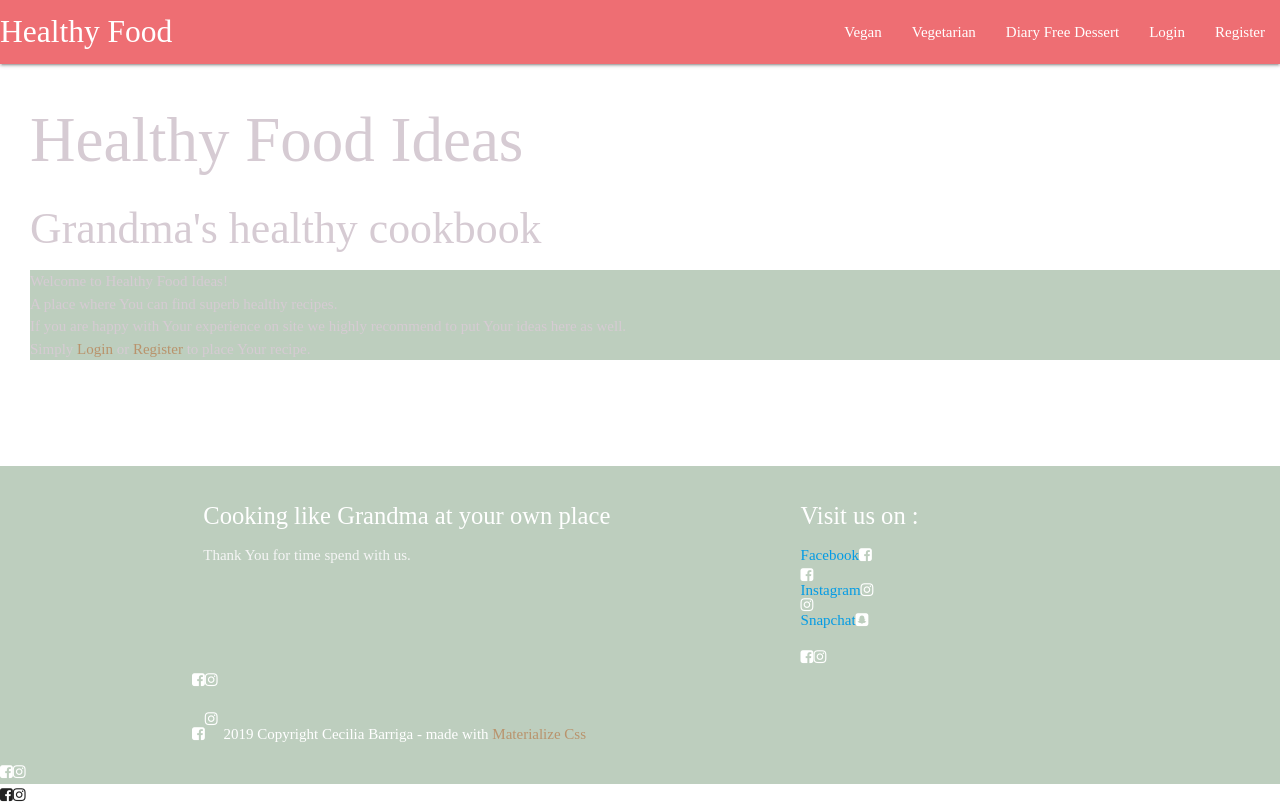
Repository: cesole/cookbook
Page: http://localhost/
The author's editor kept a record of every edit. The page is drawn from the files as they stood at one moment, then again after the next edit.
The browser window is 1280 px wide. The pictures show the whole page.
The page is served by the project's application, run on Flask 3 (app.py).

Above is the page before.
Console error: TypeError: Cannot read properties of undefined (reading 'offsetHeight')

### templates/index.html
{% extends 'base.html'%}
{% block content %}
<div class="parallax">
    <div class="index-container">
        <h1>Healthy Food Ideas</h1>
        <h3>Grandma's healthy cookbook</h3>
       <p class="index">Welcome to Healthy Food Ideas!<br>A place where You can find superb healthy recipes.<br>
                                                    If you are happy with Your experience on site we highly recommend to put Your ideas here as well.<br>
                                                    Simply <a class="orange-text text-lighten-3" href="{{url_for('login')}}">Login</a> or <a class="orange-text text-lighten-3" href="{{url_for('register')}}">Register</a> to place Your recipe.</p>
    </div>
</div>
{% endblock %}

### templates/base.html
<!DOCTYPE html>
<html lang="en">
<head>
    <meta charset="UTF-8">
    <meta name="viewport" content="width=device-width, initial-scale=1.0">

    <link href="https://fonts.googleapis.com/icon?family=Material+Icons" rel="stylesheet">
    <!-- Compiled and minified CSS -->
    <link rel="stylesheet" href="{{ url_for('static', filename='css/materialize.min.css') }}" type="text/css" />
    <link href="https://stackpath.bootstrapcdn.com/font-awesome/4.7.0/css/font-awesome.min.css" rel="stylesheet" integrity="sha384-wvfXpqpZZVQGK6TAh5PVlGOfQNHSoD2xbE+QkPxCAFlNEevoEH3Sl0sibVcOQVnN" crossorigin="anonymous">
    <link href="https://fonts.googleapis.com/css?family=Indie+Flower&display=swap" rel="stylesheet">
    <link rel="stylesheet" href="{{ url_for('static', filename='css/style.css') }}" type="text/css" />


    <title>Cookbook</title>
</head>

<body class="container-fluid">
    <nav>
        <div class="nav-wrapper">
            <a href="{{url_for('index')}}" class="brand-logo">Healthy Food</a>
            <a href="#" data-target="mobile-demo" class="sidenav-trigger"><i class="material-icons">menu</i></a>
            <ul class="right hide-on-med-and-down">
                {% if session.username %}
                <li>Hello, {{ session.username }}!</li>
                {% endif %}
                <li><a href="{{url_for('vegan')}}">Vegan</a></li>
                <li><a href="{{url_for('vegetarian')}}">Vegetarian</a></li>
                <li><a href="{{url_for('dessert')}}">Diary Free Dessert</a></li>
                {% if not session.username %}
                <li><a href="{{url_for('login')}}">Login</a></li>
                <li><a href="{{url_for('register')}}">Register</a></li>
                {% else %}
                <li><a href="{{url_for('get_my_recipes')}}">My Recipes</a></li>
                <li><a href="{{url_for('logout')}}">Logout</a></li>
                {% endif %}
            </ul>
        </div>
        <ul class="sidenav" id="mobile-demo">
            {% if session.username %}
            <li>Hello, {{ session.username }}!</li>
            {% endif %}
            <li><a href="{{url_for('vegan')}}">Vegan</a></li>
            <li><a href="{{url_for('vegetarian')}}">Vegetarian</a></li>
            <li><a href="{{url_for('dessert')}}">Diary Free Dessert</a></li>
            {% if not session.username %}
            <li><a href="{{url_for('login')}}">Login</a></li>
            <li><a href="{{url_for('register')}}">Register</a></li>
            {% else %}
            <li><a href="{{url_for('get_my_recipes')}}">My Recipes</a></li>
            <li><a href="{{url_for('logout')}}">Logout</a></li>
            {% endif %}
        </ul>
    </nav>

    <div class="container-fluid">
        <main>{% block content %}{% endblock %}</main>
    </div>

    <footer class="page-footer">
        <div class="container">
            <div class="row">
                <div class="col l6 s12">
                    <h5 class="white-text">Cooking like Grandma at your own place</h5>
                    <p class="grey-text text-lighten-4">Thank You for time spend with us.</p>
                </div>
                <div class="col l4 offset-l2 s12">
                    <h5 class="white-text">Visit us on :</h5>
                    <ul>
                      <li><a class="social-media" href="https://www.facebook.com/" target=_blank>Facebook</a><i class="fa fa-facebook-square"></li>
                      <li><a class="social-media" href="https://www.instagram.com/" target=_blank>Instagram</a><i class="fa fa-instagram"></li>
                      <li><a class="social-media" href="https://www.snapchat.com/" target=_blank>Snapchat</a><i class="fa fa-snapchat-square"></i></li>
                    </ul>
                </div>
            </div>
            <div class="copyright">
                <div class="row">
            © 2019 Copyright Cecilia Barriga - made with <a class="orange-text text-lighten-3" href="https://materializecss.com/" target=_blank>Materialize Css</a>
            </div>
            </div>
        </div>
    </footer>


    <script src="https://code.jquery.com/jquery-3.3.1.slim.min.js" integrity="sha384-q8i/X+965DzO0rT7abK41JStQIAqVgRVzpbzo5smXKp4YfRvH+8abtTE1Pi6jizo" crossorigin="anonymous"></script>
    <!-- Compiled and minified JavaScript -->
    <script src="https://cdnjs.cloudflare.com/ajax/libs/materialize/1.0.0/js/materialize.min.js"></script>

    <script>
        $(document).ready(function(){
            $('.sidenav').sidenav();
            $('.parallax').parallax();
            $('.carousel').carousel();
            $('.slider').slider();
            $('select').formSelect();
          });
    </script>

</body>
</html>

### app.py
import os
from flask import Flask, render_template, flash, redirect, request, url_for, session, make_response, current_app
from flask_pymongo import PyMongo
import pymongo
from pymongo import MongoClient
from bson.objectid import ObjectId
import json
from datetime import datetime
from functools import update_wrapper


app = Flask(__name__)
app.config["MONGO_DBNAME"] = 'task_manager'
app.config["MONGO_URI"] = os.getenv('MONGO_URI', 'mongodb://localhost')
app.config['SECRET_KEY'] = "cooking_book"


mongo = PyMongo(app)




@app.route('/')
@app.route('/index')
def index():
    return render_template('index.html')

@app.route('/vegan')
def vegan():
    return render_template('vegan.html',
                            meals=mongo.db.meals.find())

@app.route('/vegetarian')
def vegetarian():
    return render_template('vegetarian.html',
                            meals=mongo.db.meals.find())

@app.route('/dessert')
def dessert():
    return render_template('dessert.html',
                            meals=mongo.db.meals.find())

@app.route('/login', methods=["POST", "GET"])
def login():
    users = mongo.db.users
    login_user = users.find_one({"username" : request.form.get("username", False)})
    if login_user:
        if (request.form['pass']) == login_user['password']:
            session['username'] = request.form['username']
            return redirect(url_for('index'))
        flash('Invalid username/password combination')

    return render_template('login.html')




@app.route('/register', methods=["POST", "GET"])
def register():
    if request.method == "POST":
        users = mongo.db.users
        existing_user = users.find_one({"username" : request.form['username']})
        if existing_user is None:
            users.insert({'username' : request.form['username'],
                            'password' : request.form['pass']
            })
            session['username'] = request.form['username']
            return redirect(url_for('index'))
        flash("Username already exist! Try again!")
    return render_template('register.html')


@app.route('/get_my_recipes', methods=['GET', 'POST'])
def get_my_recipes():
    if not 'username' in session:
        return redirect('/get_login')
    else:
        recipes = mongo.db.meals.find()
        return render_template('user_recipes.html',
                           username=session['username'],
                           recipes=recipes)

@app.route('/add_recipe')
def add_recipe():
    return render_template('add_recipe.html',
                            categories=mongo.db.categories.find(),
                            images=mongo.db.images.find())


@app.route('/insert_recipe', methods=['POST'])
def insert_recipe():
    meals =  mongo.db.meals
    meals.insert_one(request.form.to_dict())
    return render_template('user_recipes.html')


@app.route('/delete_recipe/<meal_id>')
def delete_recipe(recipe_id):

    mongo.db.recipes.remove({'_id': ObjectId(recipe_id)})
    return redirect(url_for('get_my_recipes'))



@app.route('/edit_recipe/<meal_id>')
def edit_meal(meal_id):
    the_meal =  mongo.db.meal.find_one({"_id": ObjectId(meal_id)})
    all_categories =  mongo.db.categories.find()
    return render_template('edit_recipe.html', meal=the_meal,
                           categories=all_categories)

@app.route('/logout')
def logout():
    session.clear()
    return redirect(url_for('index'))

@app.route('/recipe/<meal_id>', methods=['GET', 'POST'])
def recipe(meal_id):
    the_meal =  mongo.db.meals.find_one({"_id": ObjectId(meal_id)})
    return render_template('recipe.html', meal=the_meal)

if __name__ == '__main__':
    app.run(host=os.environ.get('IP'),
            port=int(os.environ.get('PORT')),
            debug=True)

### static/css/style.css
.parallax {
    background-image: url({{ url_for('static', filename='images/background.jpg') }});
}

nav .nav-wrapper {
    position: relative;
    height: 100%;
    background-color: #bdcebe !important;
    color: white;
}

.index-container {
    margin-left: 30px;
    color: #d6cbd3;
}

.brand-logo {
    font-family: 'Beth Ellen', cursive;
}

html {
    font-family: 'Beth Ellen', cursive;
}

.description {
    font-size: 1.5rem;
}

main {
    min-height: 50vh;
}

form {
    margin-top: 50px;
}

.meals {
    padding-top: 50px;
}

span.card-title {
    background-color: #d68d057a;
    width: 100%;
    padding: 10px !important;
}

.card-content {
    height: 100px;
}

/* Caption styles */

.caption {
    background-color: rgba(0, 0, 0, 0.1);
}

/* parallax styles */
.grey-text.text-darken-3 {
    color: white !important;
    text-align: center;
}

.white {
    background-color: #380f67 !important;
    color: white;
    text-align: center;
}

/* end of style */

/* carousel style */

.carousel {
    height: 250px;
}

/* end of styles */

.input-field label {
    color: black;
}

.input-field input[type=text],
.input-field input[type=password],
.input-field input[type=email]{
    border-bottom: 1px solid black;
    box-shadow: 0 1px 0 0 black;
}

.switch label {
    color: black;
}

textarea.materialize-textarea {
    border-bottom: 1px solid black;
    box-shadow: 0 1px 0 0 black;
}

label.active {
    color: yellow !important;
}

.index {
    background-color: #bdcebe;
}
.page-footer {
    background-color: #bdcebe;
}

.title-image {
    background-image: url('static/images/background.jpg');
}

.flashes {
    text-align: center;
    font-size: 2rem;
}


.orange-text.text-lighten-3 {
    color: #b9936c !important;
}

/* MEDIA STYLE */

@media (max-width: 768px) {
    nav .brand-logo {
        font-size: 1rem;
    }
}

Loaded but not shown: static/css/materialize.min.css (library)

After the next edit:
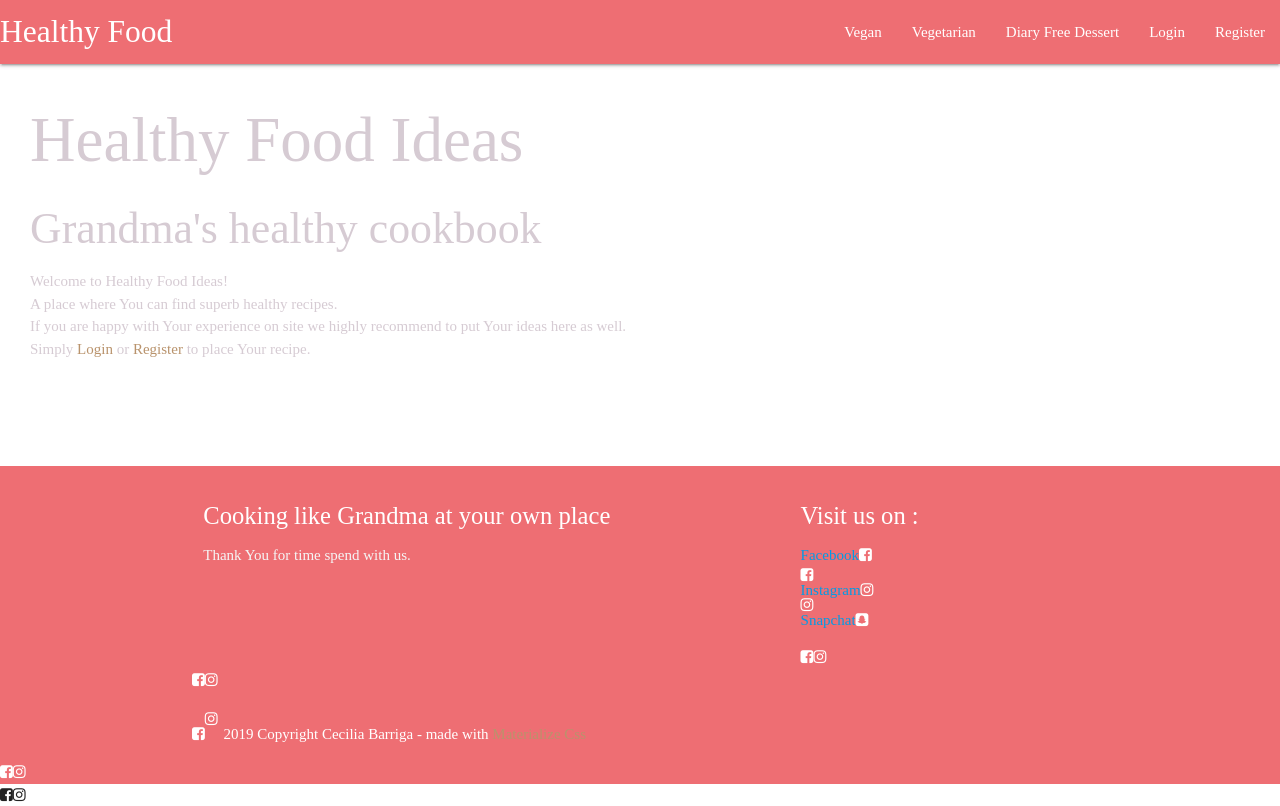
The edit:
--- a/static/css/style.css
+++ b/static/css/style.css
@@ -100,8 +100,7 @@
     color: yellow !important;
 }
 
-.index {
-    background-color: #bdcebe;
+
 }
 .page-footer {
     background-color: #bdcebe;
